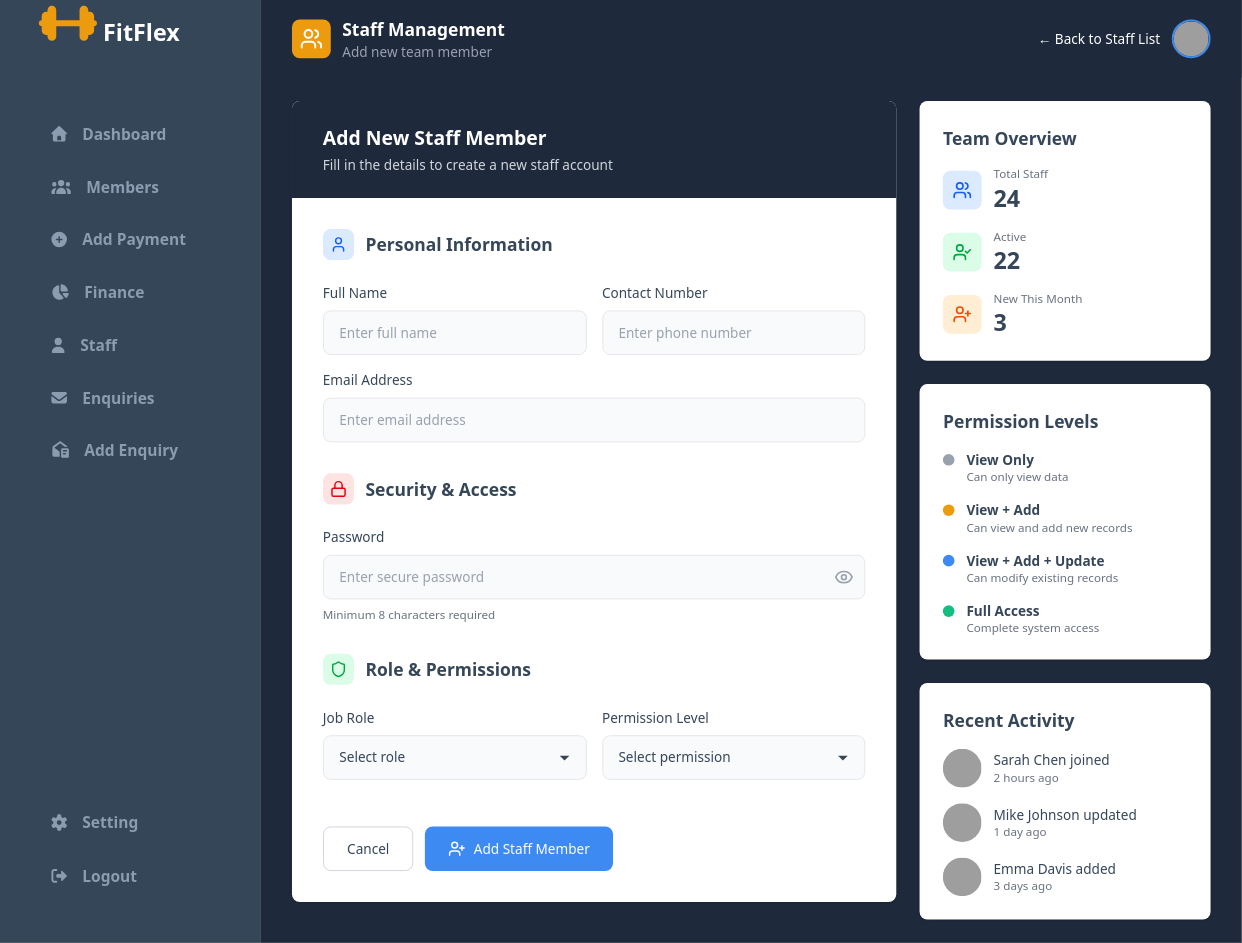
Repository: MuhammadTalhaTaj/gym_management_app_backend
Page: /addstaff (app in frontend/)
An editor plug-in stored every save of this project. The page is shown before and after the next save, followed by the edit.
The browser window is 1280 px wide. The pictures show the whole page, at 97% of full size.
Pictures or frames that could not be fetched are drawn as grey boxes. The project was rebuilt for these pictures with package versions that can differ from the ones it lists, and the page was loaded fresh each time. Also part of the build but not shown: frontend/vite.config.ts, frontend/src/assets/styles/AdminHeader.css, frontend/src/Components/AdminHeader.tsx, frontend/src/assets/styles/AdminDashboard.css, frontend/src/hooks/useDashboardData.ts, frontend/src/assets/styles/AdminDashboardStats.css, frontend/src/Components/AdminDashboardStats.tsx, frontend/src/Components/IncomeExpenseChart.tsx and 31 more.

Above is the page before, as saved 2025-11-21 10:39:09.

After the next save:
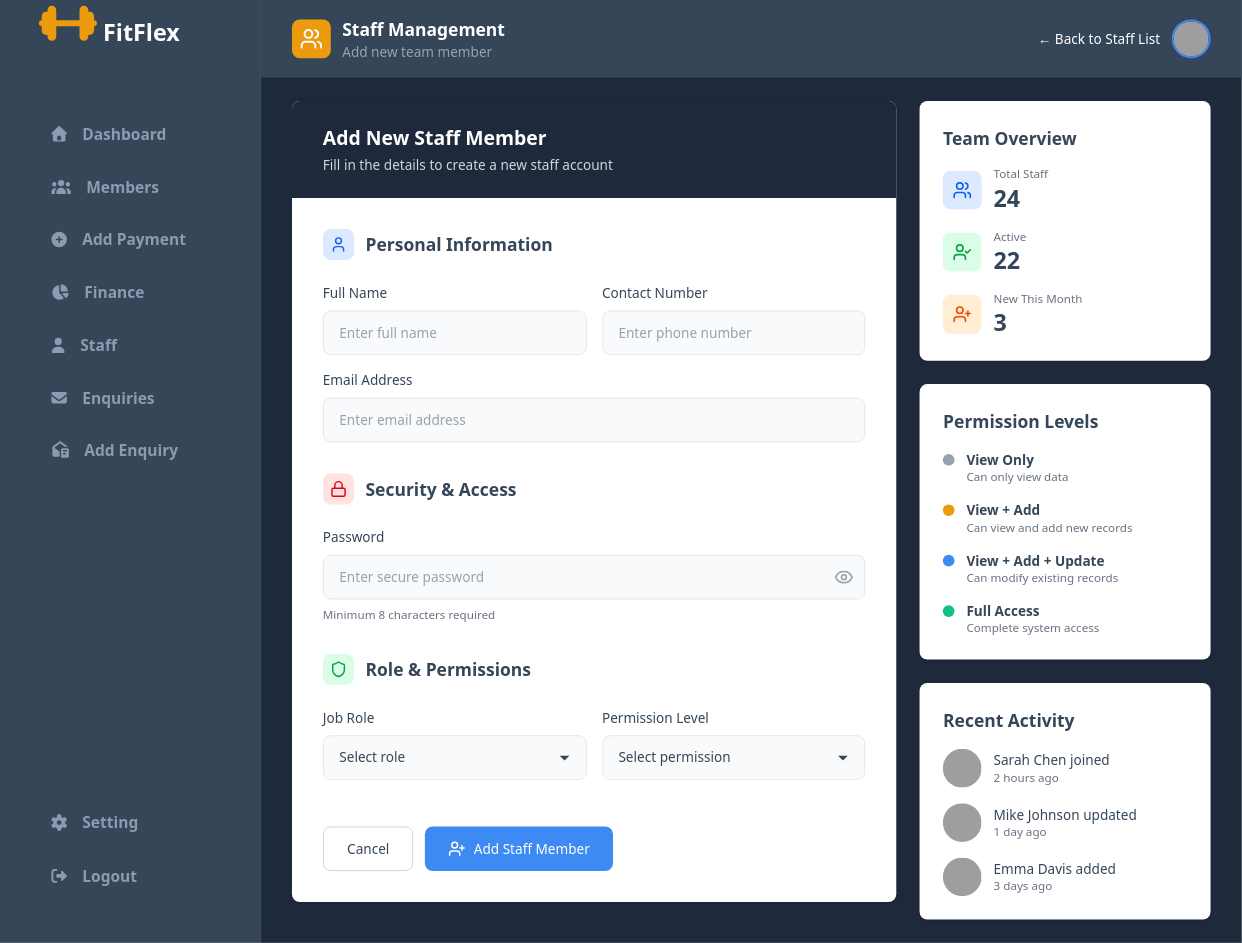
Saved 9 s later.
--- a/frontend/src/pages/Admin/AddStaff.tsx
+++ b/frontend/src/pages/Admin/AddStaff.tsx
@@ -239,7 +239,7 @@
   return (
     <div className="min-h-screen w-full bg-[var(--primary-200)]">
       {/* Header */}
-      <header className="bg-[var(--primary-200)] text-white px-4 sm:px-6 lg:px-8 py-4">
+      <header className="bg-[var(--primary-100)] text-white px-4 sm:px-6 lg:px-8 py-4">
         <div className="max-w-7xl mx-auto flex items-center justify-between">
           <div className="flex items-center gap-3">
             <div className="w-10 h-10 bg-[var(--secondary-100)] rounded-lg flex items-center justify-center">

After the save that followed:
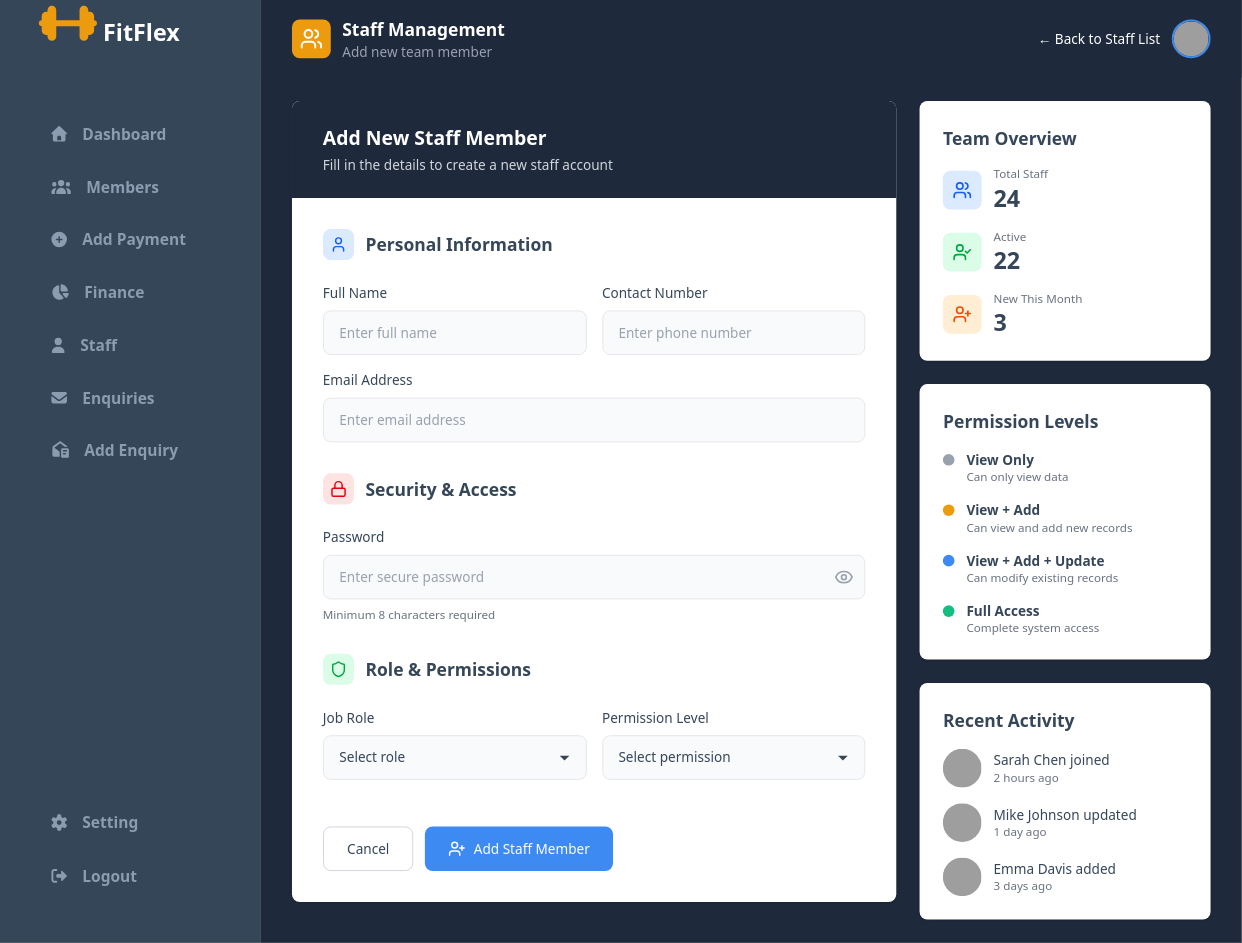
Saved 13 s later.
--- a/frontend/src/pages/Admin/AddStaff.tsx
+++ b/frontend/src/pages/Admin/AddStaff.tsx
@@ -239,7 +239,7 @@
   return (
     <div className="min-h-screen w-full bg-[var(--primary-200)]">
       {/* Header */}
-      <header className="bg-[var(--primary-100)] text-white px-4 sm:px-6 lg:px-8 py-4">
+      <header className="bg-[var(--primary-200)] text-white px-4 sm:px-6 lg:px-8 py-4">
         <div className="max-w-7xl mx-auto flex items-center justify-between">
           <div className="flex items-center gap-3">
             <div className="w-10 h-10 bg-[var(--secondary-100)] rounded-lg flex items-center justify-center">
